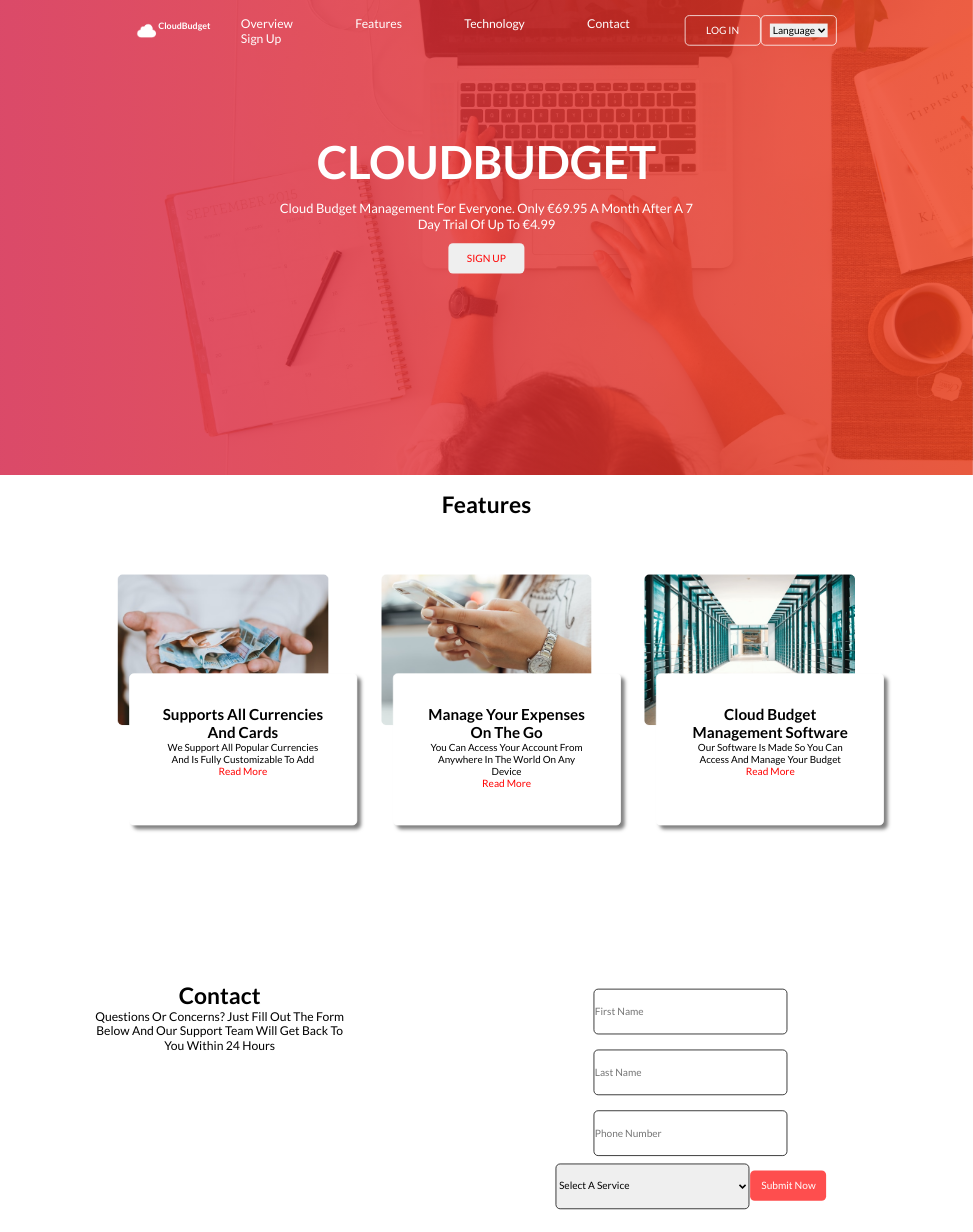
Repository: havvanurrana/website3
Page: index.html
These files come from the project's save history. The page is drawn as it stood at one moment and after the next save; the edit follows.
The browser window is 1280 px wide. The pictures show the whole page, at 76% of full size.

Above is the page before, as saved 2024-07-30 11:30:22.
Console error: TypeError: Cannot read properties of null (reading 'addEventListener')

After the next save:
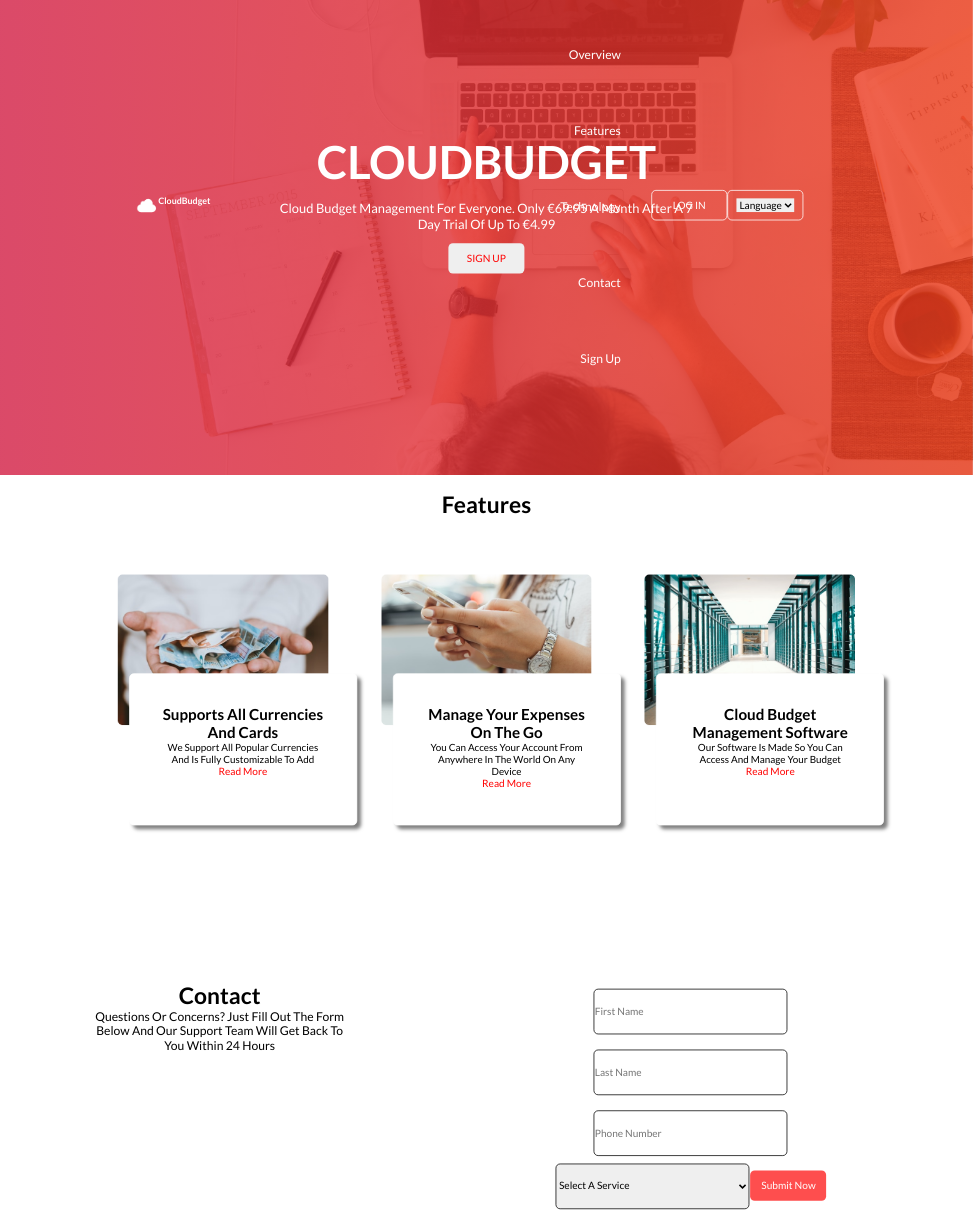
Saved 20 s later.
--- a/style.css
+++ b/style.css
@@ -39,10 +39,11 @@ h1{
    position:absolute;
 }
 .header-menu .navbar a{
-   /*display: flex;
+   display: flex;
    justify-content: flex-end;
-   align-items: center ;*/
+   align-items: center ;
    width: 500px;
+   height: 100px;
    margin: 0 4rem;
    font-size: 1.6rem;
    color: white;
